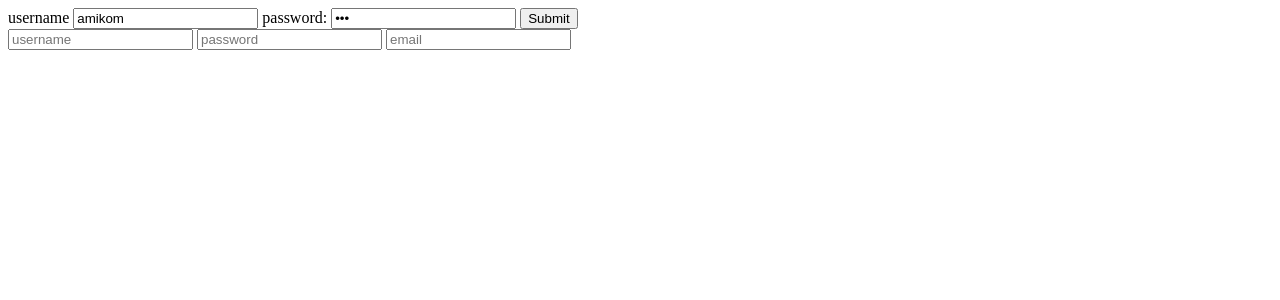
Repository: keyx-alt/pemrograman_web
Page: form.html
These files come from the project's save history. The page is drawn as it stood at one moment and after the next save; the edit follows.
The browser window is 1280 px wide. The pictures show the whole page.

Above is the page before, as saved 2026-04-16 14:15:36.

After the next save:
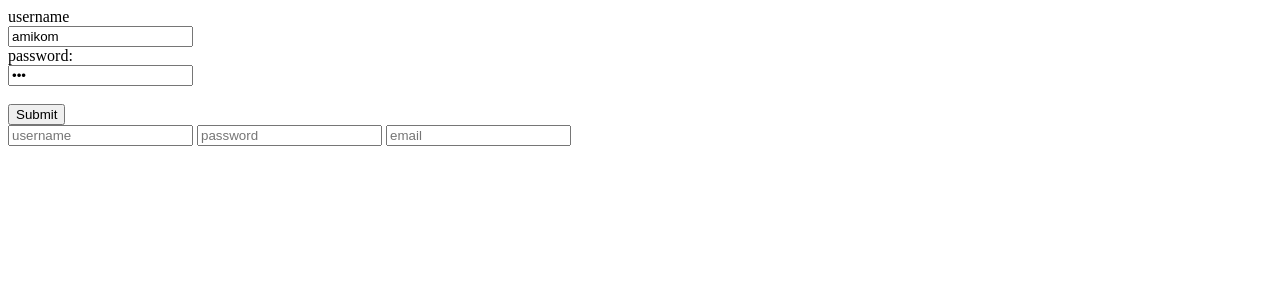
Saved 29 s later.
--- a/form.html
+++ b/form.html
@@ -7,10 +7,10 @@
 </head>
 <body>
     <form>
-        <label for="fname">username</label>
-        <input type="text" id="uname" name="username" value="amikom">
-        <label for="lname">password:</label>
-        <input type="password" id="pwd" name="password" value="123">
+        <label for="fname">username</label><br>
+        <input type="text" id="uname" name="username" value="amikom"><br>
+        <label for="lname">password:</label><br>
+        <input type="password" id="pwd" name="password" value="123"><br><br>
         <input type="submit" value="Submit">
     </form>
 
